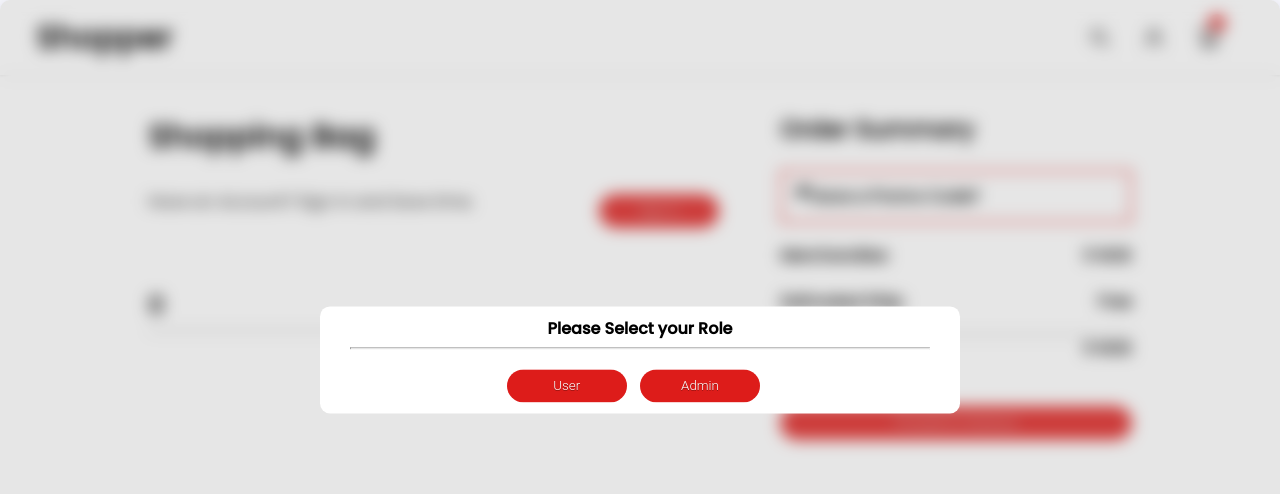
Repository: coolronts/aize-project
Page: /cart
The author's editor kept a copy of each file at every save. The page is drawn from the files as they stood at one save, then again after the next save.
The browser window is 1280 px wide. The pictures show the whole page.
The project was rebuilt for these pictures with package versions that can differ from the ones it lists, and the page was loaded fresh each time. Also part of the build but not shown: src/App.css, src/components/CartItem/CartItem.tsx, src/components/Card/Card.tsx, src/pages/Shop/shop.module.css, src/pages/Shop/Shop.tsx.

Above is the page before, as saved 2021-09-15 07:43:43.

After the next save:
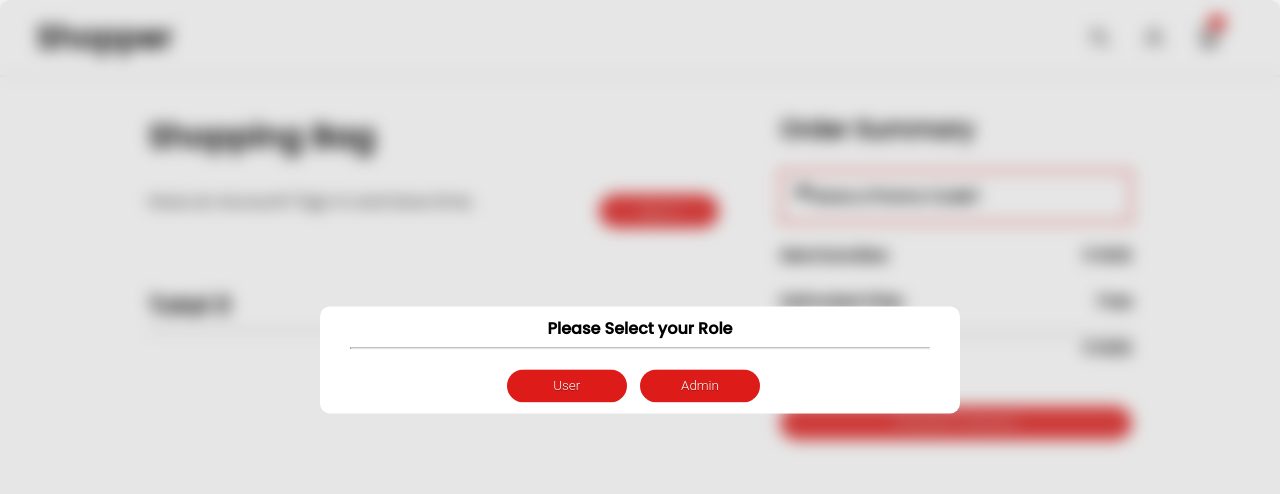
Saved 13 min 21 s later.
--- a/src/pages/Cart/Cart.tsx
+++ b/src/pages/Cart/Cart.tsx
@@ -20,7 +20,7 @@ const Cart: React.FunctionComponent = () => {
           <button>Sign In </button>
         </div>
         <div className={styles.cart}>
-          <h2>{userContext.cartQty}</h2>
+          <h2>Total {userContext.cartQty}</h2>
           <hr/>
           {productsList.map((item,index) => {
             return (
